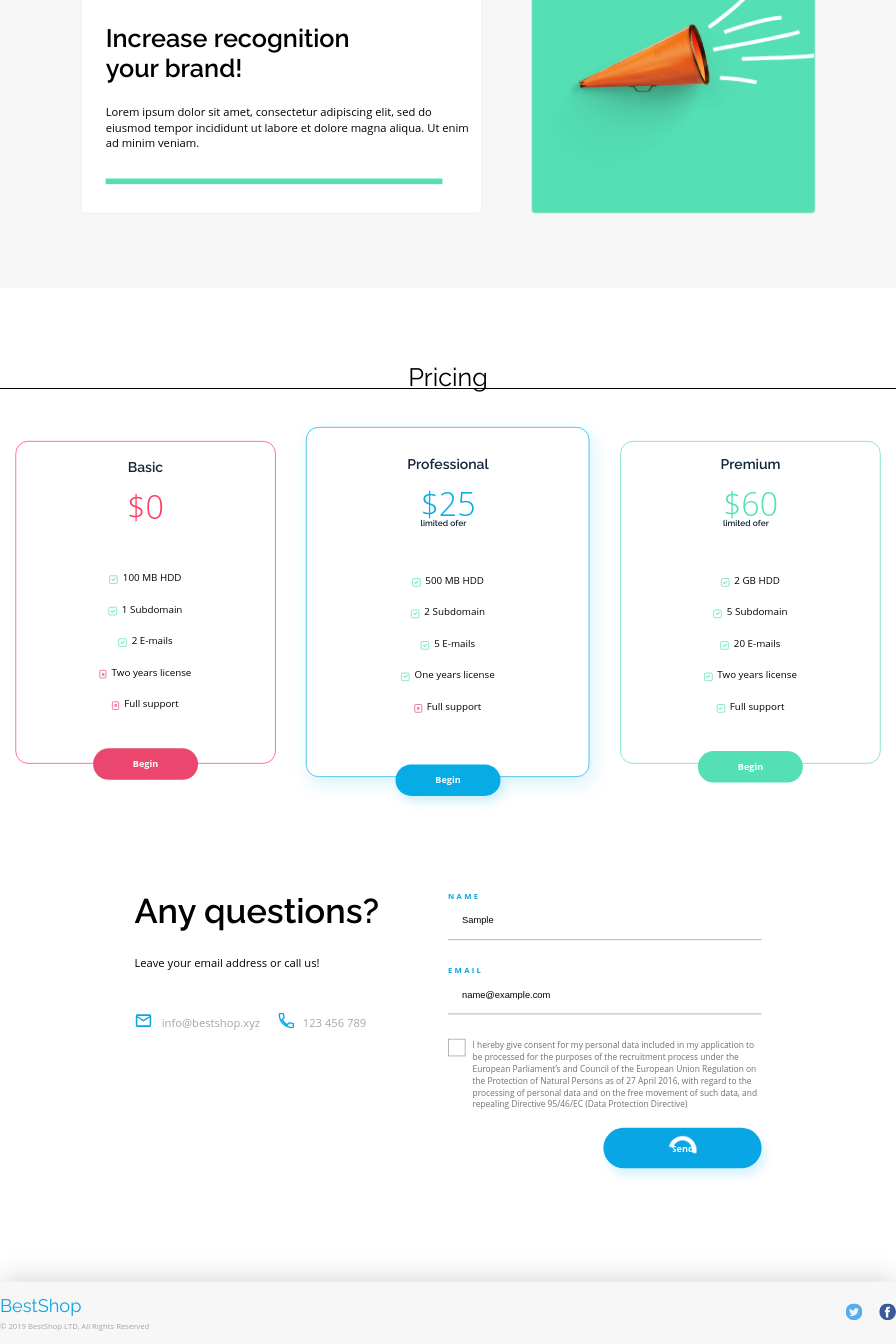
Repository: VolodymyrDubnytskyi/BestShop_project
Page: index.html
These files come from the project's save history. The page is drawn as it stood at one moment and after the next save; the edit follows.
The browser window is 1280 px wide. The pictures show the part of the page from y = 2350 to 4270 px (the page is 4270 px tall), at 70% of full size.
Empty fields were first filled with sample values (such as "Sample", 5 or name@example.com).
After loading, the first visible `form.footer-form` was submitted once.
Some web libraries are served in a nearby version.

Above is the page before, as saved 2020-01-17 21:53:37.

### index.html
<!DOCTYPE html>
<html lang="en">

<head>
    <meta charset="UTF-8">
    <meta name="viewport" content="width=device-width, initial-scale=1.0">
    <meta http-equiv="X-UA-Compatible" content="ie=edge">
    <link rel="stylesheet" href="https://use.fontawesome.com/releases/v5.1.1/css/all.css"
        integrity="sha384-O8whS3fhG2OnA5Kas0Y9l3cfpmYjapjI0E4theH4iuMD+pLhbf6JI0jIMfYcK3yZ" crossorigin="anonymous">
    <link href="https://fonts.googleapis.com/css?family=Raleway:400,600&display=swap" rel="stylesheet">
    <link rel="stylesheet" href="css/reset.css">
    <link rel="stylesheet" href="css/style.css">
    <script src="js/landingPage.js" defer></script>
    <title>Document</title>
</head>

<body>
    <header class="header">
        <nav class="navbar">
            <section class="container navbar-container">
                <h2 class="logo">BestShop</h2>
                <ul class="ul-list-nav">
                    <li><a href="#">why us</a></li>
                    <li><a href="#">benefits</a></li>
                    <li><a href="#">prices</a></li>
                    <li><a href="#">contact</a></li>
                </ul>
                <div class="toggle-menu">
                    <span></span>
                    <span></span>
                    <span></span>
                </div>
            </section>
        </nav>
        <section class="section-for-h1">
            <section class="main-heding-h1">
                <h1>Sell More!</h1>
                <p class="text-under-h1-line">Open shop on our platform and increase your sales</p>
                <a href="" class="open-your-shop-btn">Open your shop</a>
            </section>
        </section>
        <div class="toggle-mobil-active">
            <ul class="toggle-list">
                <li><a href="#">why us</a></li>
                <li><a href="#">benefits</a></li>
                <li><a href="#">prices</a></li>
                <li><a href="#">contact</a></li>
            </ul>
        </div>
    </header>
    <section class="sales-platform">
        <h2 class="sales-platform-heading">The most popular sales platform in country</h2>
        <section class="sales-platform-main-box container">
            <arcticle class="sales-platform-boxes">
                <div class="circle circle-red"></div>
                <img src="img/Person.svg" alt="" class="img-absolut">

                <h3 class="sales-platform-box-heading">100000+</h3>
                <p class="sales-platform-box-content">daily entries</p>
            </arcticle>
            <arcticle class="sales-platform-boxes">
                <div class="circle circle-blue"></div>
                <img src="img/Eye.svg" alt="" class="img-absolut absotul-img-mid">

                <h3 class="sales-platform-box-heading">2000000+</h3>
                <p class="sales-platform-box-content">seen products every day</p>
            </arcticle>
            <arcticle class="sales-platform-boxes">
                <div class="circle circle-green"></div>
                <img src="img/Catalog.svg" alt="" class="img-absolut">

                <h3 class="sales-platform-box-heading">10000+</h3>
                <p class="sales-platform-box-content">added posts daily</p>
            </arcticle>
        </section>
    </section>
    <!-- *  MAIN -->

    <main>
        <section class="container main-content-container">
            <arcticle class="main-content-boxes">
                <div class="main-content-info-box">
                    <h2>Be always first</h2>
                    <p>Lorem ipsum dolor, sit amet consectetur adipisicing elit. Asperiores incidunt sed consequuntur
                        assumenda quibusdam non tempora perferendis libero.</p>
                    <hr class="hr-for-first-box">
                </div>
                <div class="main-content-img-box">
                    <div class="rhombus-div"></div>
                    <img src="img/Macbook2.png" alt="" class="main-content-img">
                </div>
            </arcticle>

            <arcticle class="main-content-boxes">
                <div class="main-content-img-box">
                    <div class="blue-circle"></div>
                    <img src="img/iPhone2.png" alt="" class="main-content-img main-content-img-phone">

                </div>
                <div class="main-content-info-box">
                    <h2 class="main-h2-second-arcticle">Your shop is where you are!</h2>
                    <p class="second-arcticle-p">Lorem ipsum dolor, sit amet consectetur adipisicing elit. Asperiores incidunt sed consequuntur
                        assumenda quibusdam non tempora perferendis libero.</p>
                    <hr class="hr-for-second-box">
                </div>
            </arcticle>

            <arcticle class="main-content-boxes main-content-boxes-split-for-two">
                <div class="maint-contet-last-box-one">
                    <h2>Increase recognition your brand!</h2>
                    <p>Lorem ipsum dolor sit amet, consectetur adipiscing elit, sed do eiusmod tempor incididunt ut
                        labore et dolore magna aliqua. Ut enim ad minim veniam.</p>
                    <hr class="hr-for-third-box">
                </div>
                <div class="maint-contet-last-box-second">
                    <img src="img/Trumpet.png" alt="" class="img-trumpet">
                </div>
            </arcticle>
        </section>
        </section>
    </main>
    <footer>
        <section class="pricing-section container">
            <h2>Pricing</h2>
            <section class="pricing-box-main">
                <arcticle class="pricing-box pricing-box-basic">
                    <h3>Basic</h3>
                    <h4>$0</h4>
                    <span class="pricing-box-content">100 MB HDD</span>
                    <span class="pricing-box-content">1 Subdomain</span>
                    <span class="pricing-box-content">2 E-mails</span>
                    <span class="pricing-box-content pricing-box-content-dont-ofer">Two years license</span>
                    <span class="pricing-box-content pricing-box-content-dont-ofer">Full support</span>
                    <a href="" class="begin-links begin-links-basic">Begin</a>
                </arcticle>
                <arcticle class="pricing-box pricing-box-professional">
                    <h3>Professional</h3>
                    <h4 class="heading-after-limited-offer">$25</h4>
                    <span class="pricing-box-content">500 MB HDD</span>
                    <span class="pricing-box-content">2 Subdomain</span>
                    <span class="pricing-box-content">5 E-mails</span>
                    <span class="pricing-box-content">One years license</span>
                    <span class="pricing-box-content pricing-box-content-dont-ofer">Full support</span>
                    <a href="" class="begin-links begin-links-professional">Begin</a>
                </arcticle>
                <arcticle class="pricing-box pricing-box-premium">
                    <h3>Premium</h3>
                    <h4 class="heading-after-limited-offer">$60</h4>
                    <span class="pricing-box-content">2 GB HDD</span>
                    <span class="pricing-box-content">5 Subdomain</span>
                    <span class="pricing-box-content">20 E-mails</span>
                    <span class="pricing-box-content">Two years license</span>
                    <span class="pricing-box-content">Full support</span>
                    <a href="" class="begin-links begin-links-premium">Begin</a>
                </arcticle>
            </section>
        </section>
    </footer>
    <section class="form-main">
        <section class="form-and-questions-box">
            <arcticle class="questions-box">
                <h2>Any questions?</h2>
                <p>Leave your email address or call us!</p>
                <span class="mail-icon ">info@bestshop.xyz</span>
                <span class="phone-icon ">123 456 789</span>
            </arcticle>
            <arcticle class="form-box">
                <form action="" class="footer-form">
                    <label for="#name" class="lables">name</label>
                    <input type="text" id="name">
                    <label for="#email" class="lables">email</label>
                    <input type="email">
                    <div class="i-agree-terms">
                        <label class="container-new-chekbox">
                            <input type="checkbox">
                            <span class="checkmark"></span>


                        </label>
                        <div>I hereby give consent for my personal data included in my application to be processed
                            for
                            the purposes of the recruitment process under the European Parliament’s and Council of
                            the
                            European Union Regulation on the Protection of Natural Persons as of 27 April 2016, with
                            regard to the processing of personal data and on the free movement of such data, and
                            repealing Directive 95/46/EC (Data Protection Directive)
                        </div>
                    </div>
                    <div class="button-box">
                        <button class="btn-send"><span class="btn-loading"></span> Send</button>
                    </div>

                </form>
            </arcticle>
        </section>
    </section>
    <section class="social-networks-main">
        <section class="container class social-networks-box">
            <arcticle class="social-networks-logo">
                <h2 class="logo logo-footer">BestShop</h2>
                <p>© 2019 BestShop LTD, All Rights Reserved</p>
            </arcticle>
            <arcticle class="social-networks-links">
                <a href="">
                    <img src="img/Twitter.svg" alt="">
                </a><a href="">
                    <img src="img/Facebook.svg" alt="">
                </a>
            </arcticle>
        </section>
    </section>
</body>

</html>

### js/landingPage.js
document.addEventListener('DOMContentLoaded', function() {

    // toggle menu
    const toggleMenu = document.querySelector(".toggle-menu");
    const toggleMenuMobileActive = document.querySelector(".toggle-mobil-active");
    const links = document.querySelectorAll(".toggle-list li a");
    const body = document.querySelector("body");
    const btn = document.querySelector(".btn-send");
    const form = document.querySelector(".footer-form")

    toggleMenu.addEventListener('click', function(e){
              e.stopPropagation()
        if(toggleMenu.className === 'toggle-menu active-toggle'){
            toggleMenu.classList.remove('active-toggle');
            toggleMenuMobileActive.style.top = '-999px';

        }else{
            toggleMenu.classList.add('active-toggle');
            toggleMenuMobileActive.style.top = '70px';
        }

    })
     body.addEventListener('click', function(){
        toggleMenu.classList.remove('active-toggle');
        toggleMenuMobileActive.style.top = '-999px';
     })
     form.addEventListener('submit', function(e){
         e.preventDefault();
         btn.setAttribute('disabled', true);
         let loadingSpan = btn.querySelector('.btn-loading');
         loadingSpan.classList.add('loading');

     })
});

Loaded but not shown: css/reset.css (common file); css/style.css (925 lines, source omitted)

After the next save:
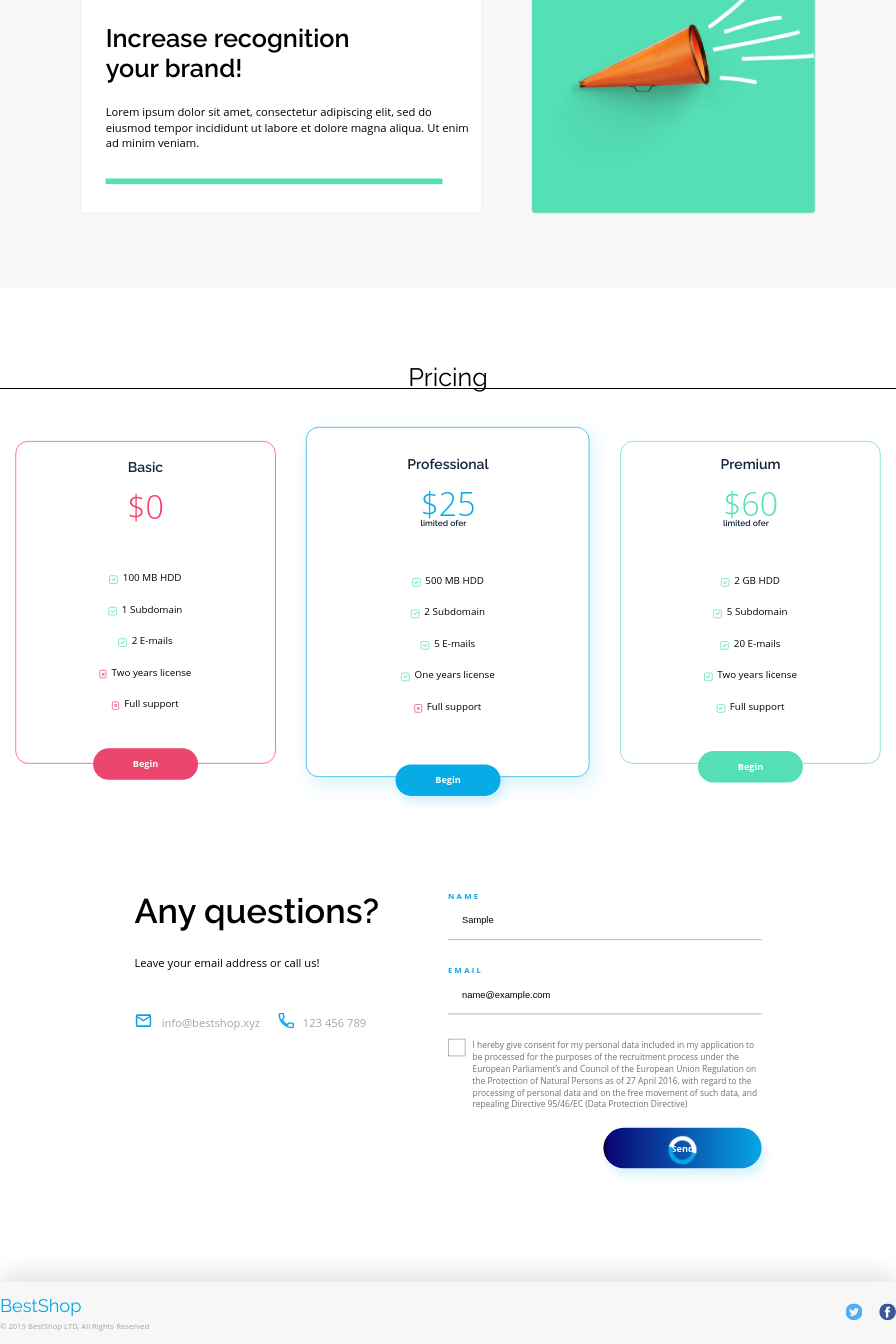
Saved 66 s later.
--- a/js/landingPage.js
+++ b/js/landingPage.js
@@ -27,8 +27,8 @@ document.addEventListener('DOMContentLoaded', function() {
      form.addEventListener('submit', function(e){
          e.preventDefault();
          btn.setAttribute('disabled', true);
+         btn.style.background = 'linear-gradient(90deg, rgba(2, 0, 36, 1) 0%, rgba(9, 9, 121, 1) 4%, rgba(8, 166, 228, 1) 100%)'
          let loadingSpan = btn.querySelector('.btn-loading');
          loadingSpan.classList.add('loading');
-
      })
 });
